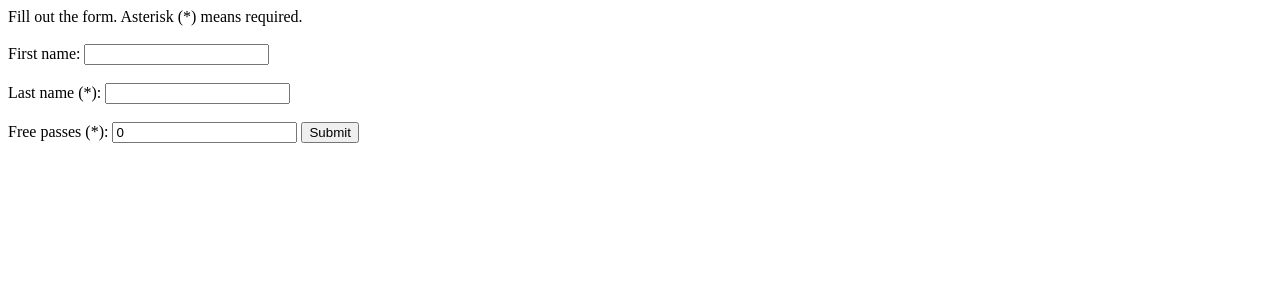
Repository: mayaugusto7/spring-hibernate-review
Page: http://localhost/spring-mvc-demo/customer/showForm
These files come from the project's save history. The page is drawn as it stood at one moment and after the next save; the edit follows.
The browser window is 1280 px wide. The pictures show the whole page.
The page is served by Tomcat 9. Other server files are loaded and not shown.

Above is the page before, as saved 2020-07-05 15:20:16.

### spring-mvc-demo/WebContent/WEB-INF/view/customer-form.jsp
<%@ page language="java" contentType="text/html; charset=ISO-8859-1"
    pageEncoding="ISO-8859-1"%>
<%@ taglib prefix="form" uri="http://www.springframework.org/tags/form" %>
<!DOCTYPE html>
<html>
<head>
<meta charset="ISO-8859-1">
<title>Customer Registration Form</title>

	<style>
		.error {
			color: red;
		}
	</style>
</head>
<body>

Fill out the form. Asterisk (*) means required.

<br/><br/>

<form:form action="processForm" modelAttribute="customer">

	First name: <form:input path="firstName" />

	<br/><br/>

	Last name (*): <form:input path="lastName"/>
	<form:errors path="lastName" cssClass="error" />

	<br/><br/>

	Free passes (*): <form:input path="freePasses" />
	<form:errors path="freePasses" cssClass="error" />

	<input type="submit" value="Submit" />
</form:form>

</body>
</html>

After the next save:
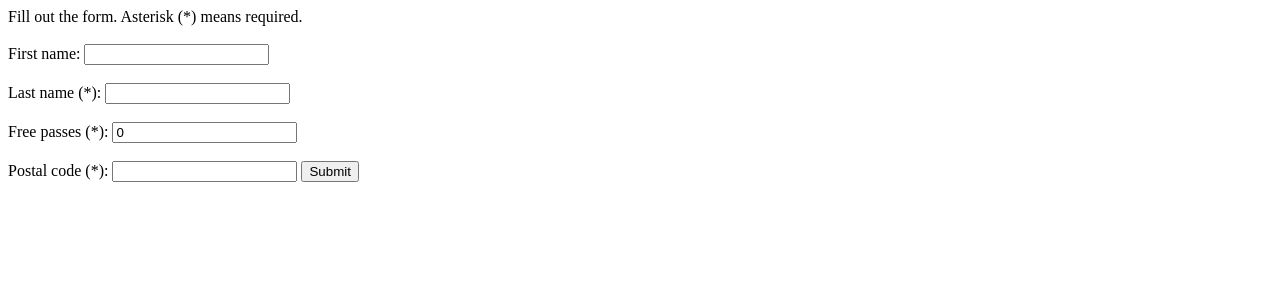
Saved 89 s later.
--- a/spring-mvc-demo/WebContent/WEB-INF/view/customer-form.jsp
+++ b/spring-mvc-demo/WebContent/WEB-INF/view/customer-form.jsp
@@ -33,6 +33,10 @@ Fill out the form. Asterisk (*) means required.
 	Free passes (*): <form:input path="freePasses" />
 	<form:errors path="freePasses" cssClass="error" />
 
+	<br/><br/>
+	Postal code (*): <form:input path="postalCode"/>
+	<form:errors path="postalCode" cssClass="error"/>
+
 	<input type="submit" value="Submit" />
 </form:form>
 
